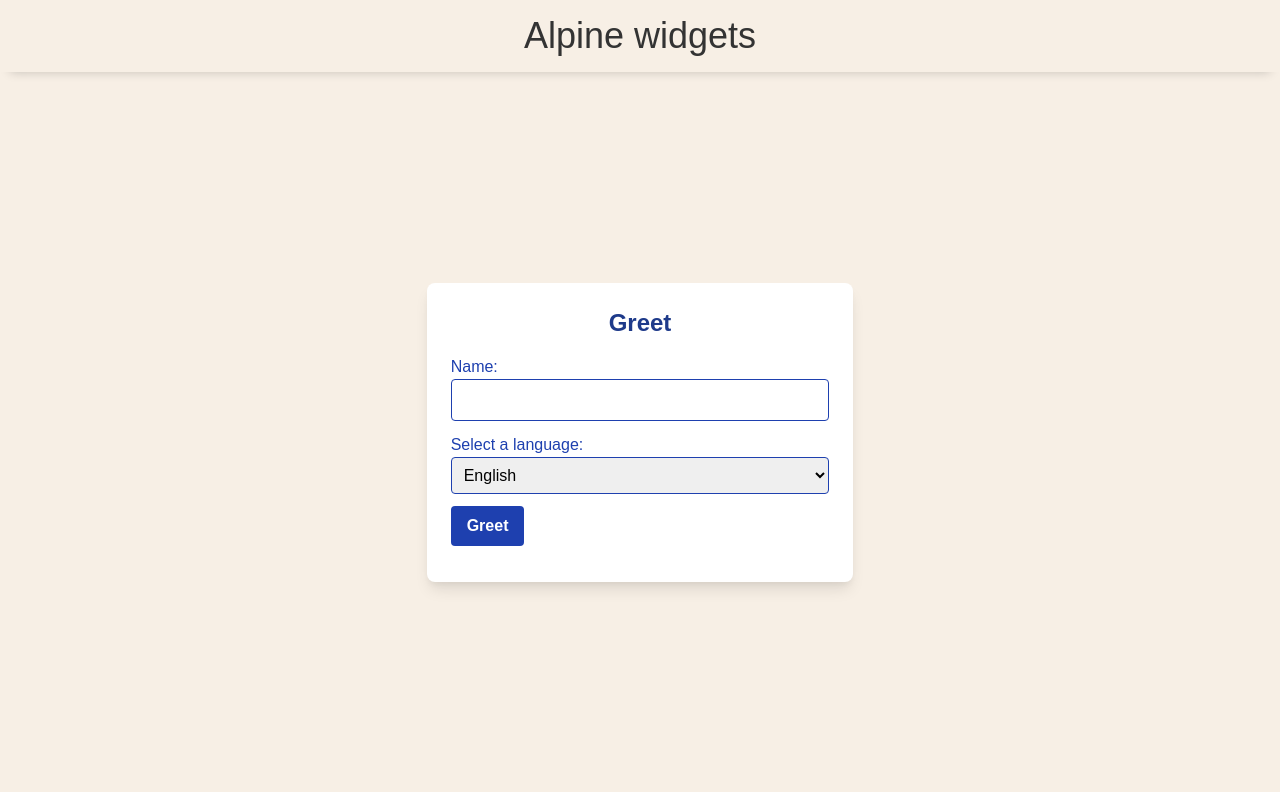
Repository: lasity34/alpine-bootcamp-widgets
Page: index.html
These files come from the project's save history. The page is drawn as it stood at one moment and after the next save; the edit follows.
The browser window is 1280 px wide. The pictures show the whole page.
Some web fonts or font styles are not loaded; a fallback is used. Some web libraries are served in a nearby version.

Above is the page before, as saved 2023-07-12 11:38:33.

After the next save:
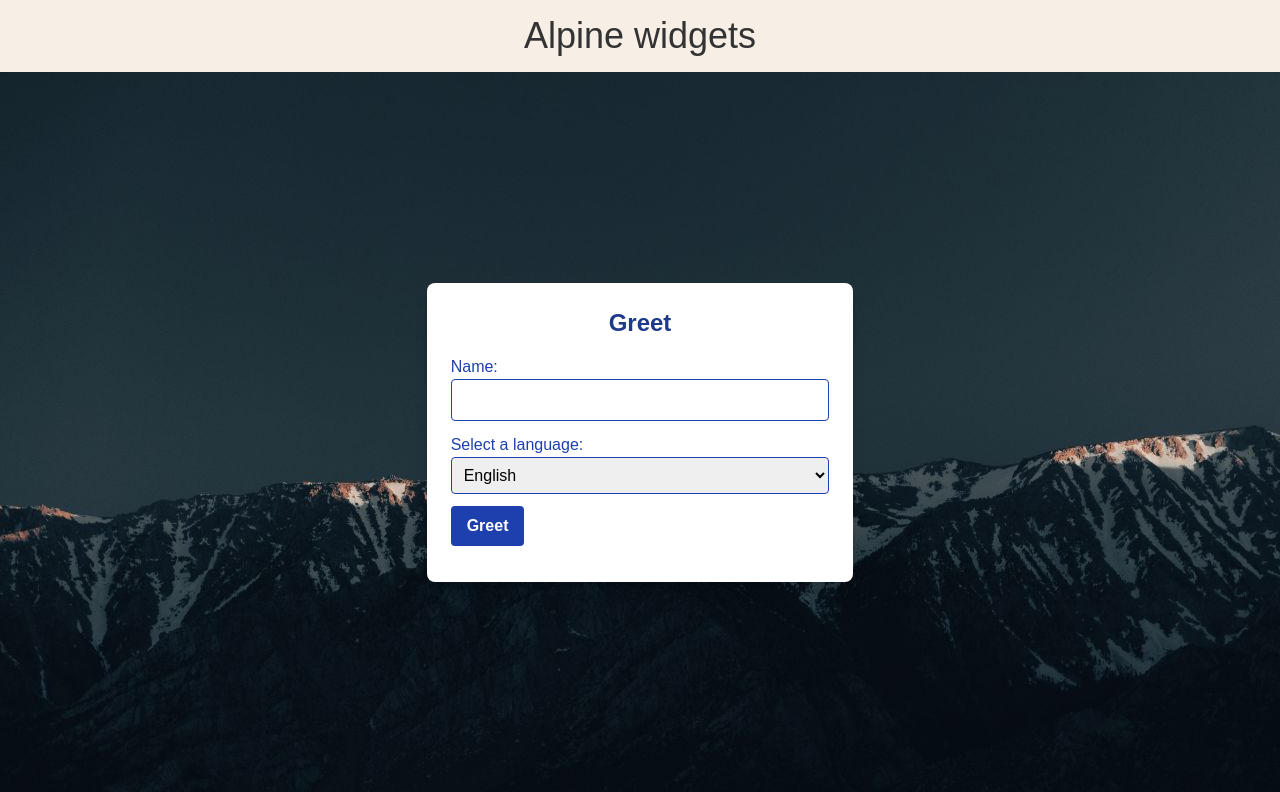
Saved 30 s later.
--- a/style.css
+++ b/style.css
@@ -9,3 +9,7 @@ h1 {
     font-family: 'Tsukimi Rounded', sans-serif;
     color: #333;
 }
+
+.widget_container {
+    background-image: url(./background.jpg);
+}
